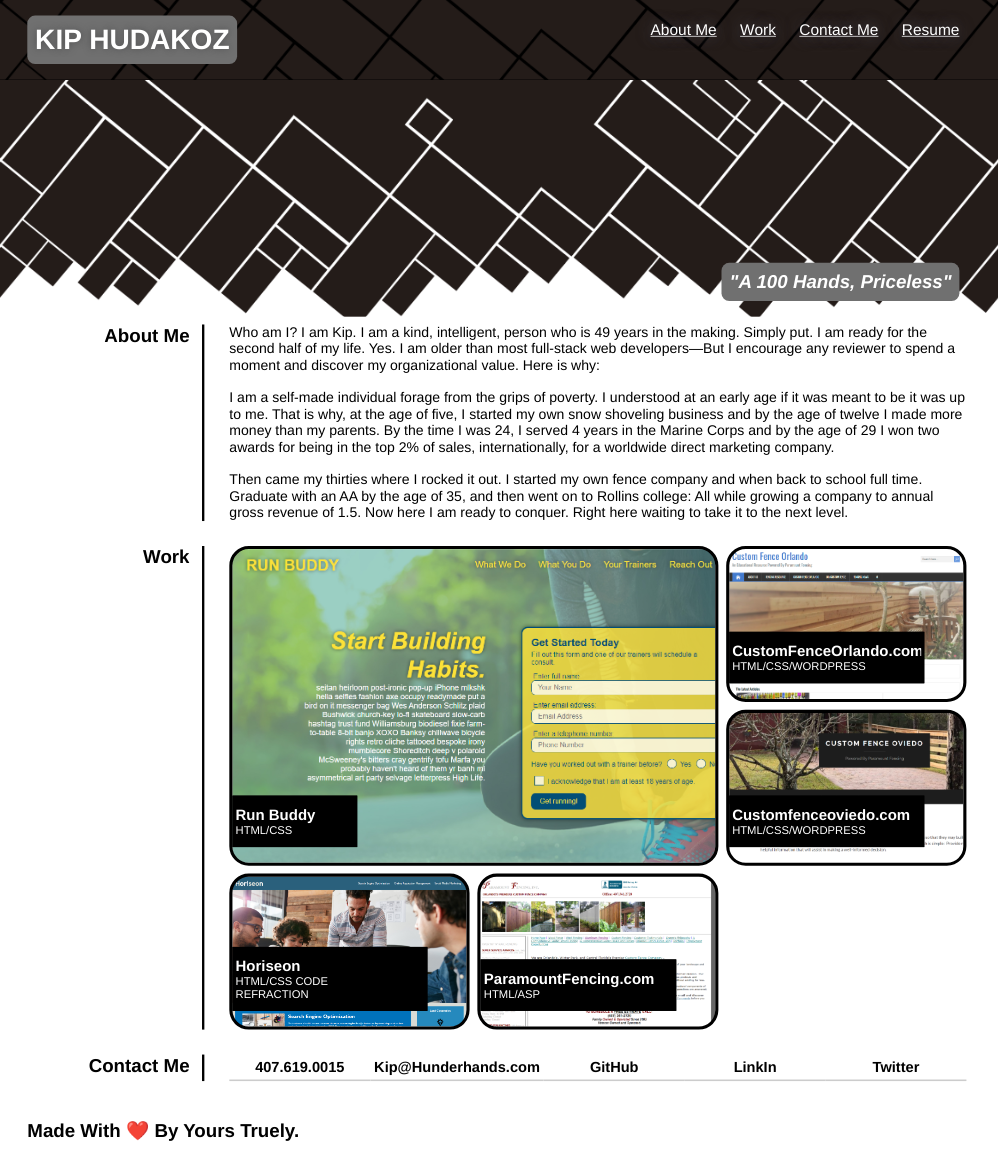
Repository: KHudaKoz/myportfolio
Page: index.html
An editor plug-in stored every save of this project. The page is shown before and after a run of saves, followed by the edit.
The browser window is 1280 px wide. The pictures show the whole page, at 78% of full size.
Backgrounds fixed to the window are drawn as part of the page.

Above is the page before, as saved 2021-01-03 23:31:56.

After the next 2 saves:
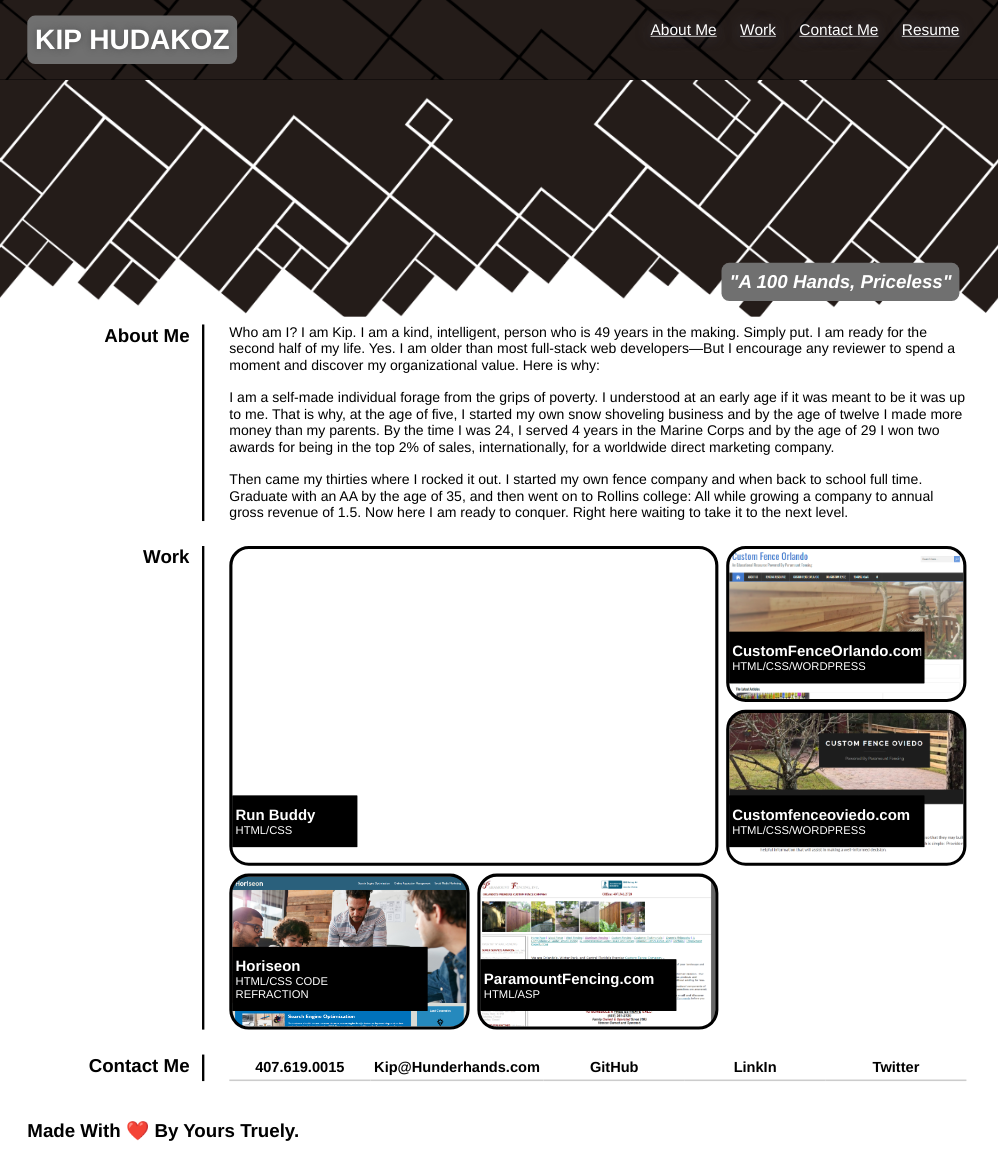
Not found: assets/bor.png
The 2 saves are shown as one change because they came seconds apart.
The last was saved 40 days later.
--- a/assets/css/style.css
+++ b/assets/css/style.css
@@ -227,7 +227,7 @@
 }
 /* WORK NESTED ITEMS BACK GROUND */
 .nested-item-1 {
-  background-image: url("../images/run.png");
+  background-image: url("../bor.png");
   background-size: cover;
 
   }

After the 2 saves that followed:
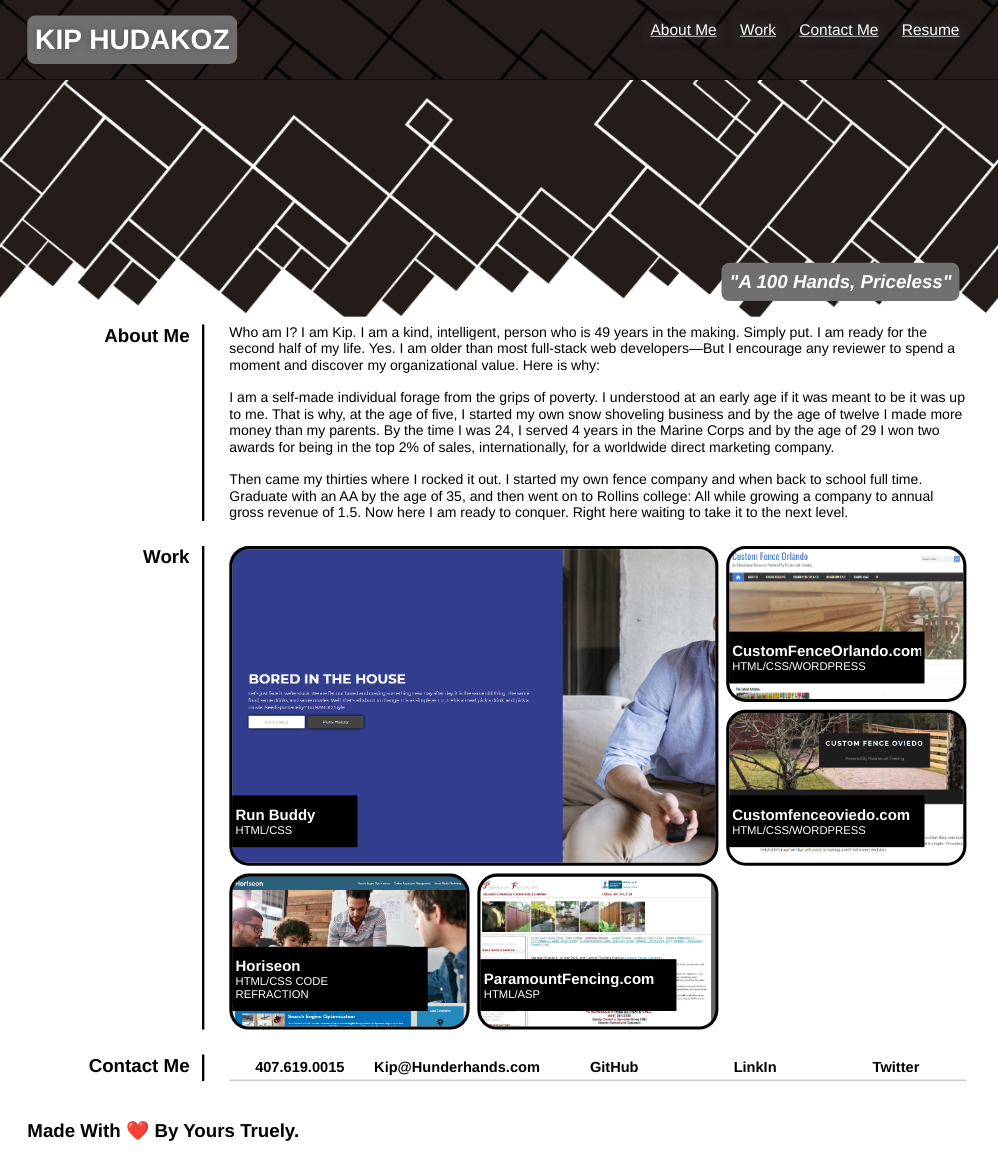
The 2 saves are shown as one change because they came seconds apart.
The last was saved 7 s later.
--- a/assets/css/style.css
+++ b/assets/css/style.css
@@ -227,7 +227,7 @@
 }
 /* WORK NESTED ITEMS BACK GROUND */
 .nested-item-1 {
-  background-image: url("../bor.png");
+  background-image: url("../images/Boredinhouse.png");
   background-size: cover;
 
   }
